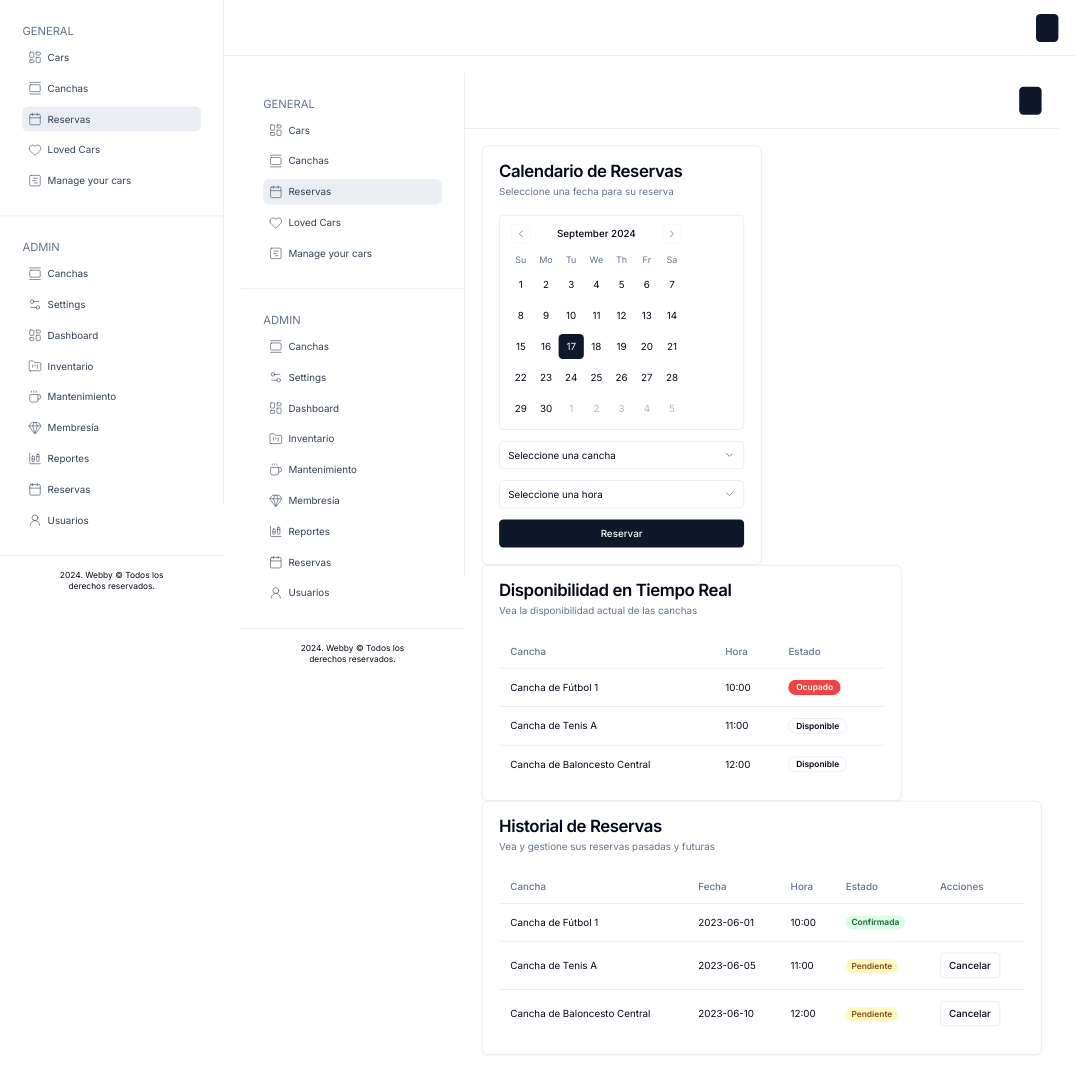
Repository: Jackson-sch/cdeporte
Page: /reservas
These files come from the project's save history. The page is drawn as it stood at one moment and after the next save; the edit follows.
The browser window is 1280 px wide. The page is 1536 px wide, then 1560 px, so the pictures cover 1560 px, including what lies to the right of the window. The pictures show the whole page, at 70% of full size.
The project was rebuilt for these pictures with package versions that can differ from the ones it lists, and the page was loaded fresh each time. The framework's server and built-in components were replaced by stand-ins that run in the browser. Also part of the build but not shown: next.config.mjs, src/components/ui/label.jsx, src/components/ui/input.jsx, src/components/Reservas/HistorialReserva.jsx.

Above is the page before, as saved 2024-09-17 20:04:04.

After the next save:
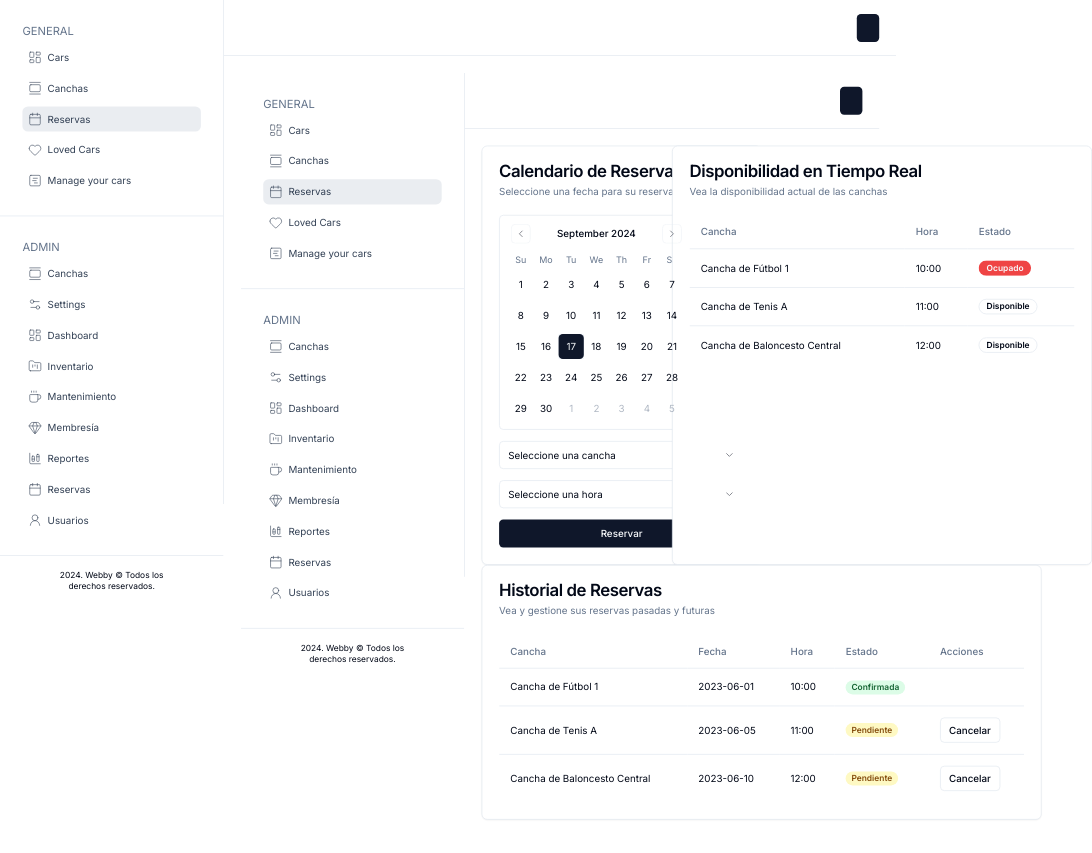
Saved 4 s later.
--- a/src/app/(routes)/(cliente)/reservas/page.jsx
+++ b/src/app/(routes)/(cliente)/reservas/page.jsx
@@ -27,7 +27,7 @@ export default function ReservationCalendar() {
   }
 
   return (
-    <div className='grid gri'>
+    <div className='grid grid-cols-1 md:grid-cols-2'>
     <Card className="w-[400px]">
       <CardHeader>
         <CardTitle>Calendario de Reservas</CardTitle>
